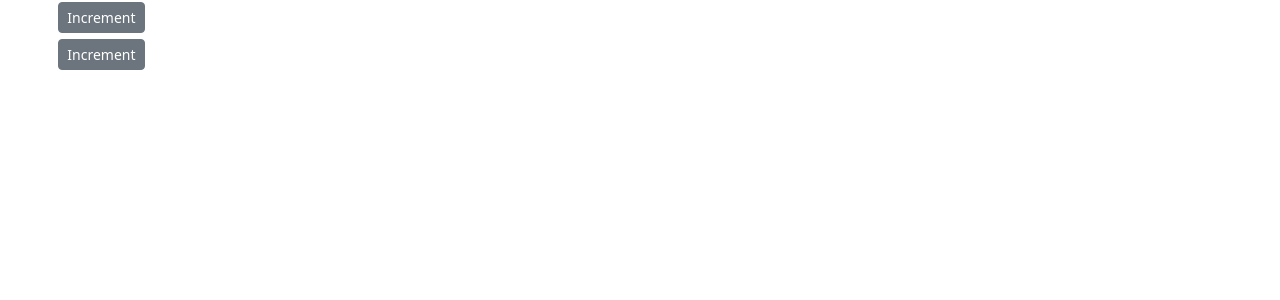
Repository: Edes2128/MovieTable-pagination-filter-sorting-in-React
Page: /
The author's editor kept a copy of each file at every save. The page is drawn from the files as they stood at one save, then again after a run of saves.
The browser window is 1280 px wide. The pictures show the whole page.
The project was rebuilt for these pictures with package versions that can differ from the ones it lists, and the page was loaded fresh each time.

Above is the page before, as saved 2020-06-13 22:06:31.

### public/index.html
<!DOCTYPE html>
<html lang="en">
  <head>
    <meta charset="utf-8" />
    <link rel="icon" href="%PUBLIC_URL%/favicon.ico" />
    <meta name="viewport" content="width=device-width, initial-scale=1" />
    <meta name="theme-color" content="#000000" />
    <meta
      name="description"
      content="Web site created using create-react-app"
    />
    <link rel="apple-touch-icon" href="%PUBLIC_URL%/logo192.png" />

    <link rel="manifest" href="%PUBLIC_URL%/manifest.json" />

    <title>React App</title>
  </head>
  <body>
    <noscript>You need to enable JavaScript to run this app.</noscript>
    <div id="root"></div>
</html>

### src/index.js
import React from 'react';
import ReactDOM from 'react-dom';
import './index.css';
import 'bootstrap/dist/css/bootstrap.css';
import Counter from './components/counter.jsx'

ReactDOM.render(
  <React.StrictMode>
    <Counter />
  </React.StrictMode>,
  document.getElementById('root')
);

### src/components/counter.jsx
import React, { Component } from 'react';

class Counter extends Component {
    state = {
        count: 0,
    };

    handleIncrement = (product) => {
            console.log(product)
            this.setState({count : this.state.count + 1});
    }

    render() {

        return (
            <>
            <div>
            <span className={this.getBadgeClasses()}>{this.formatCount()}</span>
            <button onClick={() => this.handleIncrement({id:1})} className="btn btn-secondary btn-sm">Increment</button>
            </div>

            <div>
            <span className={this.getBadgeClasses()}>{this.formatCount()}</span>
            <button onClick={() => this.handleIncrement({id:2})} className="btn btn-secondary btn-sm">Increment</button>
            </div>
            </>
            ) ;
    }
    getBadgeClasses() {
        let classes = "badge m-2 badge-";
        classes += (this.state.count === 0) ? "warning" : "primary";
        return classes;
    }

    formatCount(){
        const {count} = this.state;
        return count === 0 ? 'Zero' : count;
    }
}
export default Counter;

Loaded but not shown: src/index.css (common file)

After the next 2 saves:
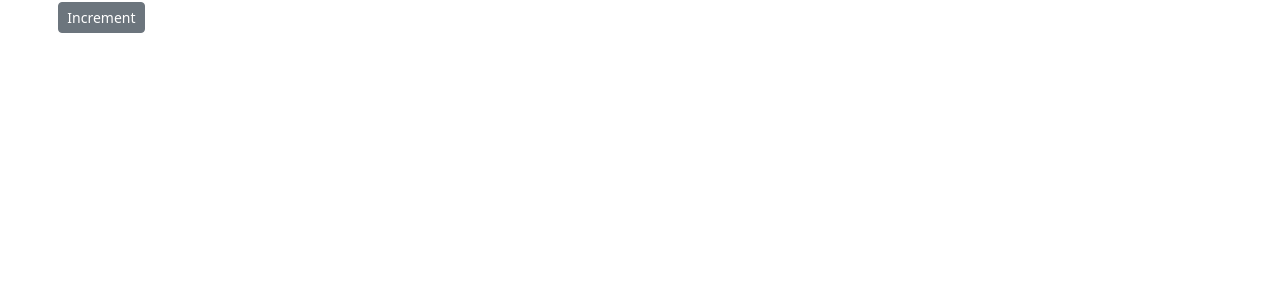
The 2 saves are shown as one change because they came seconds apart.
The last was saved 12 s later.
--- a/src/components/counter.jsx
+++ b/src/components/counter.jsx
@@ -13,17 +13,11 @@ class Counter extends Component {
     render() {
 
         return (
-            <>
             <div>
             <span className={this.getBadgeClasses()}>{this.formatCount()}</span>
             <button onClick={() => this.handleIncrement({id:1})} className="btn btn-secondary btn-sm">Increment</button>
             </div>
 
-            <div>
-            <span className={this.getBadgeClasses()}>{this.formatCount()}</span>
-            <button onClick={() => this.handleIncrement({id:2})} className="btn btn-secondary btn-sm">Increment</button>
-            </div>
-            </>
             ) ;
     }
     getBadgeClasses() {
